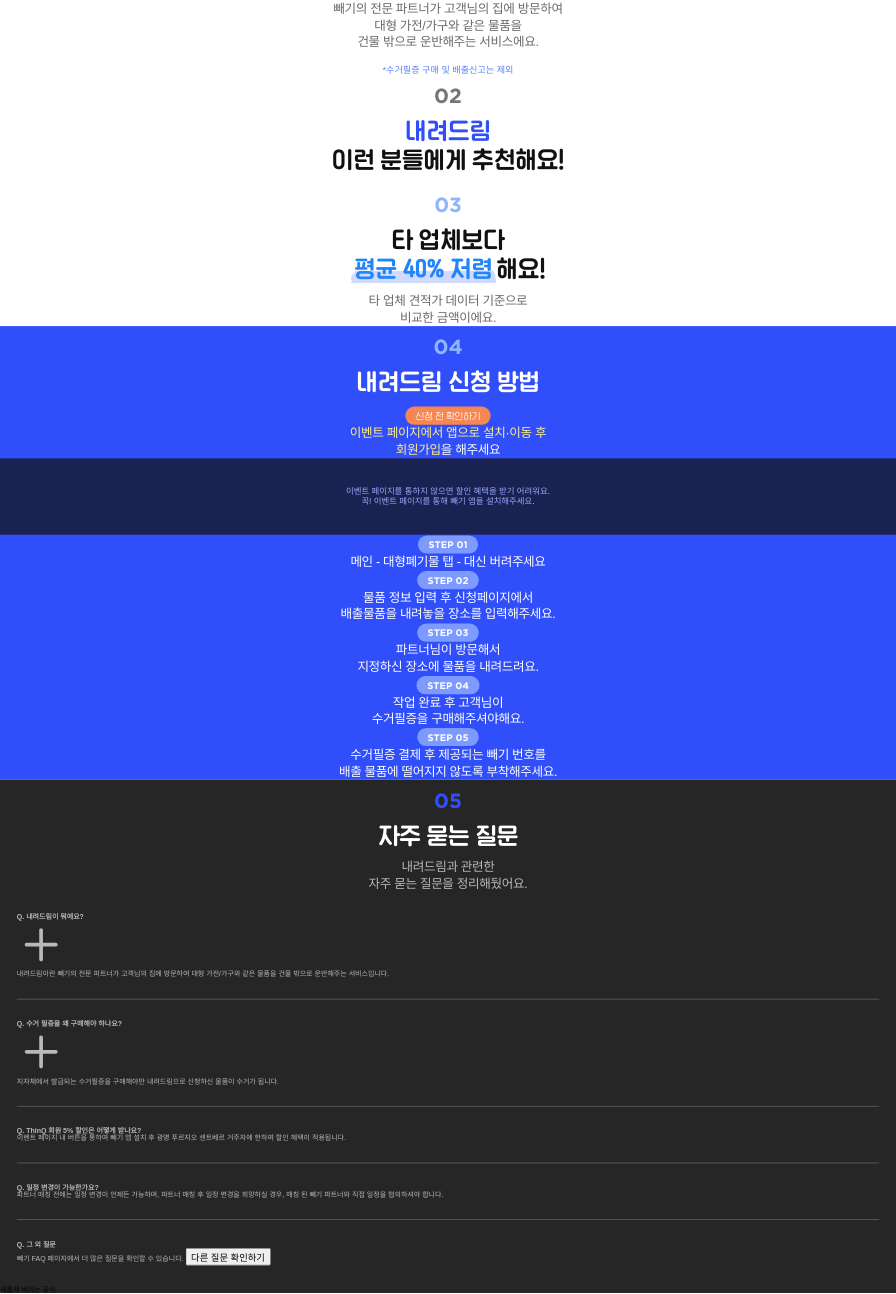
Repository: seraLeeDev/lgthinq-test
Page: index2.html
These files come from the project's save history. The page is drawn as it stood at one moment and after the next save; the edit follows.
The browser window is 1280 px wide. The pictures show the part of the page from y = 3587 to 5507 px (the page is 5435 px tall before and 5507 px after), at 70% of full size.
Some web fonts or font styles are not loaded; a fallback is used.

Above is the page before, as saved 2023-03-14 16:18:27.
Console error: ReferenceError: AOS is not defined

### index2.html
<!DOCTYPE html>
<html lang="ko">
  <head>
    <meta charset="UTF-8" />
    <meta http-equiv="X-UA-Compatible" content="IE=edge" />
    <meta name="viewport" content="width=device-width, initial-scale=1.0" />
    <title>빼기 | 새롭게 버리는 공식</title>
    <link as="style" rel="stylesheet" href="/css/reset.css" />
    <link as="style" rel="stylesheet" href="/css/font.css" />
    <link as="style" rel="stylesheet" href="/css/style.css" />
    <link href="https://unpkg.com/aos@2.3.1/dist/aos.css" rel="stylesheet" />
    <link
      rel="stylesheet"
      href="https://cdn.jsdelivr.net/gh/orioncactus/pretendard@v1.3.5/dist/web/static/pretendard-dynamic-subset.css"
    />
    <link
      rel="apple-touch-icon"
      sizes="57x57"
      href="/icons/apple-icon-57x57.png"
    />
    <link
      rel="apple-touch-icon"
      sizes="60x60"
      href="/icons/apple-icon-60x60.png"
    />
    <link
      rel="apple-touch-icon"
      sizes="72x72"
      href="/icons/apple-icon-72x72.png"
    />
    <link
      rel="apple-touch-icon"
      sizes="76x76"
      href="/icons/apple-icon-76x76.png"
    />
    <link
      rel="apple-touch-icon"
      sizes="114x114"
      href="/icons/apple-icon-114x114.png"
    />
    <link
      rel="apple-touch-icon"
      sizes="120x120"
      href="/icons/apple-icon-120x120.png"
    />
    <link
      rel="apple-touch-icon"
      sizes="144x144"
      href="/icons/apple-icon-144x144.png"
    />
    <link
      rel="apple-touch-icon"
      sizes="152x152"
      href="/icons/apple-icon-152x152.png"
    />
    <link
      rel="apple-touch-icon"
      sizes="180x180"
      href="/icons/apple-icon-180x180.png"
    />
    <link
      rel="icon"
      type="image/png"
      sizes="192x192"
      href="/icons/android-icon-192x192.png"
    />
    <link
      rel="icon"
      type="image/png"
      sizes="32x32"
      href="/icons/favicon-32x32.png"
    />
    <link
      rel="icon"
      type="image/png"
      sizes="96x96"
      href="/icons/favicon-96x96.png"
    />
    <link
      rel="icon"
      type="image/png"
      sizes="16x16"
      href="/icons/favicon-16x16.png"
    />
    <script type="text/javascript" src="/js/index.js"></script>
    <script src="https://unpkg.com/aos@2.3.1/dist/aos.js"></script>
  </head>
  <body>
    <div class="wrapper">
      <!-- 메인 -->
      <article class="article-box">
        <div class="full-img-box">
          <img src="./img/[LG ThinQ] main img.gif" alt="내려드림,할인드림" />
        </div>
        <div class="main-notice">
          <p>광명 푸르지오 센트베르에 거주하시는 분들에게만 적용됩니다.</p>
        </div>
      </article>
      <!-- ThinQ & 빼기 설명 -->
      <article></article>
      <!-- 내려드림 소개 -->
      <article>
        <!-- 01. 내려드림 서비스란? -->
        <section>
          <div class="box-content sec1">
            <b class="index text-blue-04-variation">01</b>
            <h2 class="GGothic h2">내려드림 서비스란?</h2>
            <p class="section-desc">
              빼기의 전문 파트너가 고객님의 집에 방문하여<br />
              대형 가전/가구와 같은 물품을<br />
              건물 밖으로 운반해주는 서비스에요.
            </p>
            <small class="section-caption text-blue-03"
              >*수거필증 구매 및 배출신고는 제외</small
            >
          </div>
          <div></div>
        </section>
        <!-- 02. 내려드림 추천 -->
        <section>
          <div class="box-content">
            <b class="index text-gray76">02</b>
            <h2 class="GGothic h2">
              <span class="text-blue-02">내려드림</span><br />
              이런 분들에게 추천해요!
            </h2>
          </div>

          <div></div>
          <div></div>
          <div></div>
        </section>
        <!-- 03. 가격 설명 -->
        <section>
          <div class="box-content">
            <b class="index text-blue-04">03</b>
            <h2 class="GGothic h2">
              타 업체보다 <br /><span class="text-blue-etc text-highlight"
                >평균 40% 저렴</span
              >해요!
            </h2>
            <p class="section-desc">
              타 업체 견적가 데이터 기준으로<br />
              비교한 금액이에요.
            </p>
          </div>
          <div></div>
          <div></div>
        </section>
        <!-- 04. 내려드림 신청 방법 -->
        <section class="bg-blue02">
          <div class="box-content">
            <b class="index text-blue-04">04</b>
            <h2 class="GGothic h2 text-white">내려드림 신청 방법</h2>

            <div>
              <span class="box-chip GGothic text-white bg-orange02 font-normal"
                >신청 전 확인하기</span
              >
              <p class="text-white section-desc sec4">
                <span class="text-yellow"
                  >이벤트 페이지에서 앱으로 설치·이동 후 <br />회원가입</span
                >을 해주세요
              </p>
            </div>
            <div class="bg-indigo box-caution">
              <small class="text-indigo text-caution"
                >이벤트 페이지를 통하지 않으면 할인 혜택을 받기 어려워요.<br />
                꼭! 이벤트 페이지를 통해 빼기 앱을 설치해주세요.</small
              >
            </div>
            <div>
              <span class="box-chip GGothic text-white bg-lightblue Gotham"
                >STEP 01</span
              >
              <p class="text-white section-desc sec4">
                메인 - 대형폐기물 탭 - 대신 버려주세요
              </p>
            </div>

            <div>
              <span class="box-chip GGothic text-white bg-lightblue Gotham"
                >STEP 02</span
              >
              <p class="text-white section-desc sec4">
                물품 정보 입력 후 신청페이지에서<br />
                배출물품을 내려놓을 장소를 입력해주세요.
              </p>
            </div>
            <div>
              <span class="box-chip GGothic text-white bg-lightblue Gotham"
                >STEP 03</span
              >
              <p class="text-white section-desc sec4">
                파트너님이 방문해서<br />
                지정하신 장소에 물품을 내려드려요.
              </p>
            </div>
            <div>
              <span class="box-chip GGothic text-white bg-lightblue Gotham"
                >STEP 04</span
              >
              <p class="text-white section-desc sec4">
                작업 완료 후 고객님이<br />
                수거필증을 구매해주셔야해요.
              </p>
            </div>
            <div>
              <span class="box-chip GGothic text-white bg-lightblue Gotham"
                >STEP 05</span
              >
              <p class="text-white section-desc sec4">
                수거필증 결제 후 제공되는 빼기 번호를<br />
                배출 물품에 떨어지지 않도록 부착해주세요.
              </p>
            </div>
          </div>
        </section>
      </article>
      <!-- 05 : 자주묻는 질문-->
      <article class="bg-black">
        <section>
          <div class="box-content">
            <b class="index text-blue-02">05</b>
            <h2 class="GGothic h2 text-white">자주 묻는 질문</h2>
            <p class="section-desc text-grayb9">
              내려드림과 관련한<br />
              자주 묻는 질문을 정리해뒀어요.
            </p>
          </div>

          <ul class="faq-list">
            <li>
              <div>
                <h5 class="font-bold text-question">Q. 내려드림이 뭐에요?</h5>
                <i class="btn-faq-toggle">
                  <img src="/img/icon_plus_24_black.svg" alt="플러스 버튼" />
                </i>
                <p class="text-answer font-normal">
                  내려드림이란 빼기의 전문 파트너가 고객님의 집에 방문하여 대형
                  가전/가구와 같은 물품을 건물 밖으로 운반해주는 서비스입니다.
                </p>
              </div>
            </li>
            <li>
              <div>
                <h5 class="font-bold text-question">
                  Q. 수거 필증을 왜 구매해야 하나요?
                </h5>
                <i class="btn-faq-toggle">
                  <img src="/img/icon_plus_24_black.svg" alt="플러스 버튼" />
                </i>
                <p class="text-answer font-normal">
                  지자체에서 발급되는 수거필증을 구매해야만 내려드림으로
                  신청하신 물품이 수거가 됩니다.
                </p>
              </div>
            </li>
            <li>
              <div>
                <h5 class="font-bold text-question">
                  Q. ThinQ 회원 5% 할인은 어떻게 받나요?
                </h5>
                <i></i>
                <div>
                  이벤트 페이지 내 버튼을 통하여 빼기 앱 설치 후 광명 푸르지오
                  센트베르 거주자에 한하여 할인 혜택이 적용됩니다.
                </div>
              </div>
            </li>
            <li>
              <div>
                <h5>Q. 일정 변경이 가능한가요?</h5>
                <i></i>
                <div>
                  파트너 매칭 전에는 일정 변경이 언제든 가능하며, 파트너 매칭 후
                  일정 변경을 희망하실 경우, 매칭 된 빼기 파트너와 직접 일정을
                  협의하셔야 합니다.
                </div>
              </div>
            </li>
            <li>
              <div>
                <h5>Q. 그 외 질문</h5>
                <i></i>
                <div>
                  빼기 FAQ 페이지에서 더 많은 질문을 확인할 수 있습니다.
                  <button>다른 질문 확인하기</button>
                </div>
              </div>
            </li>
          </ul>
        </section>
        <footer>
          <p>새롭게 버리는 공식</p>
        </footer>
      </article>
      <!-- 플로팅 버튼 -->
      <div class="btn-float"></div>
    </div>
  </body>
</html>

### css/font.css
@charset "UTF-8";

@font-face {
  font-family: "Pretendard";
  src: url("https://cdn.jsdelivr.net/gh/orioncactus/pretendard@v1.3.5/dist/web/static/pretendard-dynamic-subset.css");
}

@font-face {
  font-family: "HGSoftGGothicssi";
  font-style: normal;
  font-weight: 100;
  src: url(/font/HGSoftGGothicssi-00g.woff2) format("woff2"),
    url(/font/HGSoftGGothicssi-00g.woff) format("woff"),
    url(/font/HGSoftGGothicssi-00g.otf) format("opentype");
}

@font-face {
  font-family: "HGSoftGGothicssi";
  font-style: normal;
  font-weight: 200;
  src: url(/font/HGSoftGGothicssi-20g.woff2) format("woff2"),
    url(/font/HGSoftGGothicssi-20g.woff) format("woff"),
    url(/font/HGSoftGGothicssi-20g.otf) format("opentype");
}

@font-face {
  font-family: "HGSoftGGothicssi";
  font-style: normal;
  font-weight: 400;
  src: url(/font/HGSoftGGothicssi-40g.woff2) format("woff2"),
    url(/font/HGSoftGGothicssi-40g.woff) format("woff"),
    url(/font/HGSoftGGothicssi-40g.otf) format("opentype");
}

@font-face {
  font-family: "HGSoftGGothicssi";
  font-style: normal;
  font-weight: 600;
  src: url(/font/HGSoftGGothicssi-60g.woff2) format("woff2"),
    url(/font/HGSoftGGothicssi-60g.woff) format("woff"),
    url(/font/HGSoftGGothicssi-60g.otf) format("opentype");
}

@font-face {
  font-family: "HGSoftGGothicssi";
  font-style: normal;
  font-weight: 800;
  src: url(/font/HGSoftGGothicssi-80g.woff2) format("woff2"),
    url(/font/HGSoftGGothicssi-80g.woff) format("woff"),
    url(/font/HGSoftGGothicssi-80g.otf) format("opentype");
}

@font-face {
  font-family: "HGSoftGGothicssi";
  font-style: normal;
  font-weight: 900;
  src: url(/font/HGSoftGGothicssi-90g.woff2) format("woff2"),
    url(/font/HGSoftGGothicssi-90g.woff) format("woff"),
    url(/font/HGSoftGGothicssi-90g.otf) format("opentype");
}

@font-face {
  font-family: "Gotham";
  font-style: normal;
  font-weight: 700;
  src: url(/font/Gotham-Bold.woff2) format("woff2"),
    url(/font/Gotham-Bold.woff) format("woff"),
    url(/font/Gotham-Bold.otf) format("opentype");
}

### css/style.css
@charset "UTF-8";
/*
*
* TYPOGRAPHY
*
*/
html,
body,
.wrapper {
  font-family: "Pretendard", sans-serif !important;
  font-size: 10px; /*1rem: 10px*/
}
.GGothic {
  font-family: "HGSoftGGothicssi", sans-serif !important;
}
.Gotham {
  font-family: "Gotham", sans-serif !important;
}
.font-normal {
  font-weight: 400 !important;
}
.font-semiBold {
  font-weight: 600 !important;
}
.font-bold {
  font-weight: 800 !important;
}
.font-extraBold {
  font-weight: 900 !important;
}
.index {
  font-family: "Gotham", sans-serif !important;
  font-size: 6rem;
}
.h2 {
  margin-bottom: 12px;
  text-align: center;
  font-size: 7rem !important;
  line-height: 0.6;
  color: #111;
}
.section-desc {
  font-size: 1.8rem;
  line-height: 1.3;
  color: #6a6a6a;
  letter-spacing: -0.5px;
}
.section-caption {
  display: inline-block;
  margin-top: 22px;
  font-size: 13px;
}
.text-gray-01 {
  color: #111111 !important;
}
.text-blue-02 {
  color: #304ffb !important;
}
.text-blue-03 {
  color: #5980f9 !important;
}
.text-blue-04 {
  color: #8fb5ff !important;
}
.text-blue-04-variation {
  color: #98c1ff !important;
}
.text-blue-etc {
  color: #2285fa !important;
}
.text-indigo {
  color: #9aa9ff !important;
}
.text-white {
  color: #fff;
}
.text-grayb9 {
  color: #b9b9b9 !important;
}
.text-gray76 {
  color: #767676 !important;
}
.text-yellow {
  color: #ffed8f !important;
}
.index {
  margin-bottom: 15px;
}
.text-caution {
  font-size: 1.2rem;
  line-height: 1.2;
}
/*
*
* COMMON
*
*/

.full-img-box {
  width: 100%;
}
.full-img-box img {
  width: 100%;
  vertical-align: bottom;
}
.box-content {
  width: 100%;
  text-align: center;
}
.box-content .sec1 {
  padding: 90px 54px 0;
}
/* article 1 style */
.main-notice {
  width: 100%;
  padding: 10px 0;
  background: #0e1222;
}
.main-notice p {
  width: 100%;
  text-align: center;
  font-size: 1.2rem;
  color: #fff;
}
.box-chip {
  padding: 0.5rem 1.5rem;
  font-size: 2.8rem;
  font-weight: 700;
  border-radius: 50px;
  color: white;
  text-align: center;
  letter-spacing: 0;
}
.box-caution {
  padding: 40px;
}
.bg-orange02 {
  background-color: #f78752 !important;
}
.bg-lightblue {
  background-color: #7d9aff !important;
}
.bg-blue02 {
  background-color: #304ffb !important;
}
.bg-indigo {
  background-color: #192250 !important;
}
.bg-black {
  background-color: #262626 !important;
}
/* article 2 style */
/* article 3 style */
.text-highlight {
  padding: 0 5px;
  background: url(/img/marker_line.svg) no-repeat 50% 120%;
  background-size: 100%;
}
/* article 4 style */
.section-desc .sec4 {
  letter-spacing: -0.3px;
  font-weight: 400;
}
/* article 5 style */
.faq-list {
  padding: 0 24px;
  color: #b9b9b9;
}
.faq-list li {
  padding: 30px 0;
  border-bottom: 1px solid #666666;
}
.faq-list li:last-child {
  border-bottom: none;
}

Loaded but not shown: css/reset.css (common file); js/index.js (common file)

After the next save:
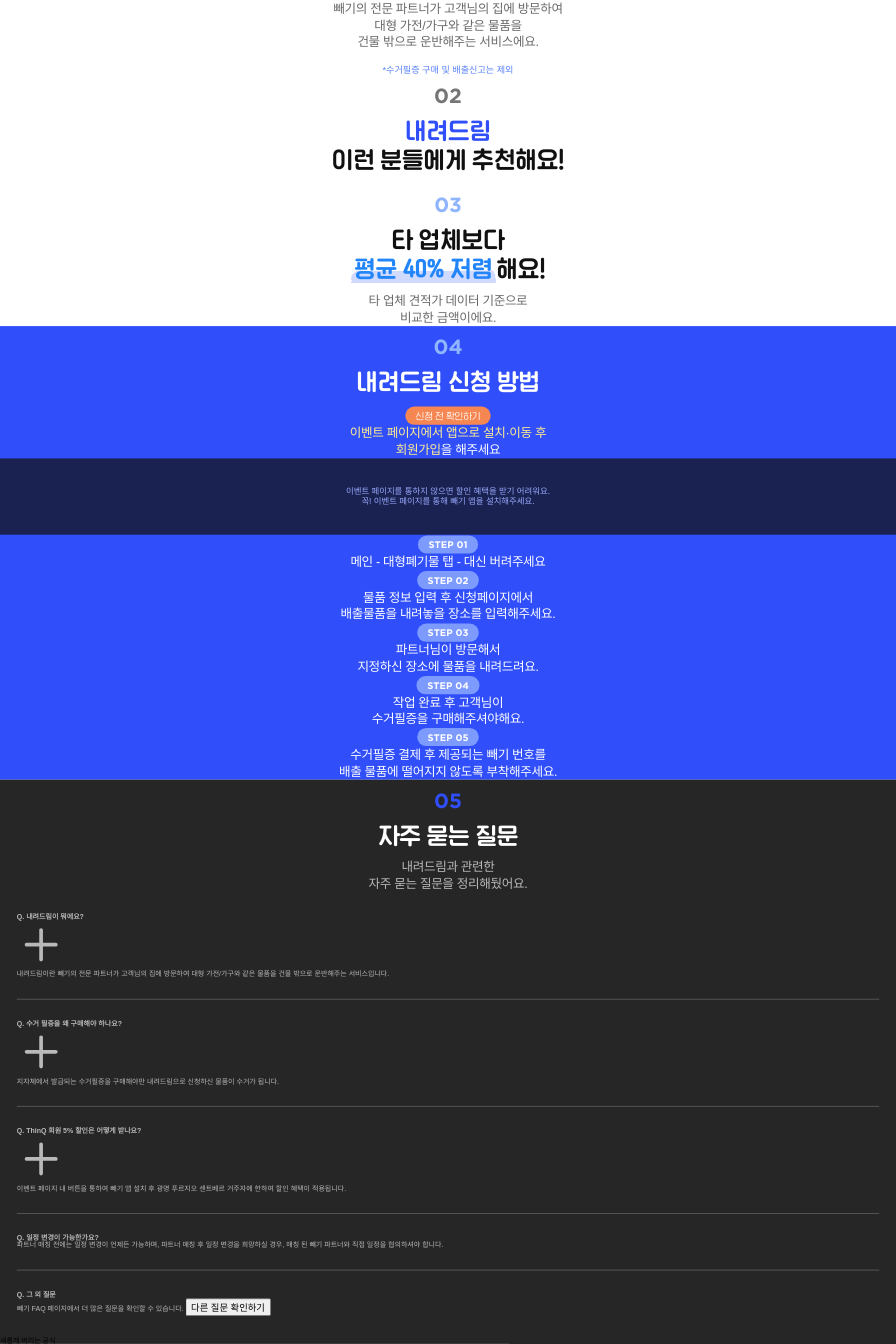
Saved 6 s later.
--- a/index2.html
+++ b/index2.html
@@ -261,7 +261,9 @@
                 <h5 class="font-bold text-question">
                   Q. ThinQ 회원 5% 할인은 어떻게 받나요?
                 </h5>
-                <i></i>
+                <i class="btn-faq-toggle">
+                  <img src="/img/icon_plus_24_black.svg" alt="플러스 버튼" />
+                </i>
                 <div>
                   이벤트 페이지 내 버튼을 통하여 빼기 앱 설치 후 광명 푸르지오
                   센트베르 거주자에 한하여 할인 혜택이 적용됩니다.
